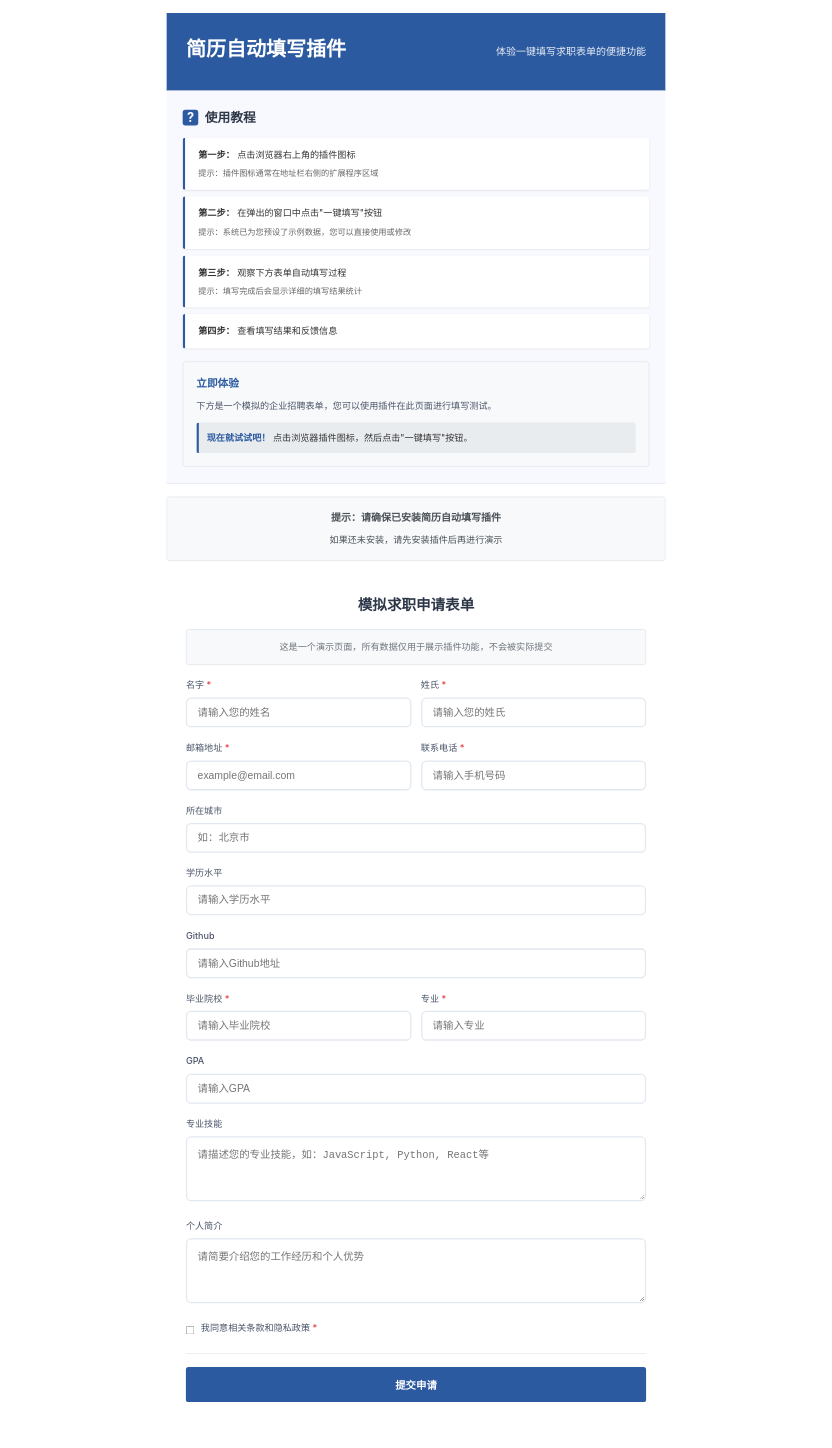
Repository: Zion74/jiancareer-chrome-main-zhn
Page: public/mock-form.html
These files come from the project's save history. The page is drawn as it stood at one moment and after the next save; the edit follows.
The browser window is 1280 px wide. The pictures show the whole page, at 65% of full size.

Above is the page before, as saved 2025-09-09 23:14:02.

### public/mock-form.html
<!DOCTYPE html>
<html lang="zh-CN">
<head>
    <meta charset="UTF-8">
    <meta name="viewport" content="width=device-width, initial-scale=1.0">
    <title>简历自动填写插件 - 教学演示页面</title>
    <link rel="stylesheet" href="styles.css">
    <style>
        body {
            font-family: -apple-system, BlinkMacSystemFont, 'Segoe UI', Roboto, sans-serif;
            line-height: 1.6;
            margin: 0;
            padding: 0;
            background: #ffffff;
            min-height: 100vh;
            display: flex;
            justify-content: center;
            align-items: flex-start;
        }

        .container {
            width: 60%;
            max-width: 1200px;
            margin: 20px auto;
            background: white;
            border-radius: 0;
            box-shadow: none;
            border: none;
            overflow: hidden;
        }

        .header {
            background: #2c5aa0;
            color: white;
            padding: 30px;
            text-align: center;
        }

        .header h1 {
            margin: 0 0 10px 0;
            font-size: 2.2em;
            font-weight: 600;
        }

        .header p {
            margin: 0;
            font-size: 1.1em;
            opacity: 0.9;
        }

        .tutorial-section {
            background: #f8f9ff;
            padding: 25px;
            border-bottom: 1px solid #e1e5e9;
        }

        .tutorial-title {
            color: #2d3748;
            font-size: 1.4em;
            font-weight: 600;
            margin-bottom: 15px;
            display: flex;
            align-items: center;
        }

        .tutorial-icon {
            width: 24px;
            height: 24px;
            margin-right: 10px;
            background: #2c5aa0;
            border-radius: 4px;
            display: flex;
            align-items: center;
            justify-content: center;
            color: white;
            font-weight: bold;
        }

        .tutorial-steps {
            list-style: none;
            padding: 0;
            margin: 0;
        }

        .tutorial-steps li {
            background: white;
            margin: 10px 0;
            padding: 15px 20px;
            border-radius: 4px;
            border-left: 4px solid #2c5aa0;
            box-shadow: 0 1px 3px rgba(0,0,0,0.1);
        }

        .form-section {
            padding: 30px;
        }

        .form-title {
            color: #2d3748;
            font-size: 1.6em;
            font-weight: 600;
            margin-bottom: 20px;
            text-align: center;
        }

        .form-group {
            margin-bottom: 20px;
        }

        .form-row {
            display: flex;
            gap: 15px;
            margin-bottom: 20px;
        }

        .form-row .form-group {
            flex: 1;
            margin-bottom: 0;
        }

        label {
            display: block;
            margin-bottom: 8px;
            font-weight: 500;
            color: #4a5568;
        }

        .required {
            color: #e53e3e;
        }

        input[type="text"],
        input[type="email"],
        input[type="tel"],
        select,
        textarea {
            width: 100%;
            padding: 12px 16px;
            border: 2px solid #e2e8f0;
            border-radius: 8px;
            font-size: 16px;
            transition: all 0.3s ease;
            box-sizing: border-box;
        }

        input:focus,
        select:focus,
        textarea:focus {
            outline: none;
            border-color: #2c5aa0;
            box-shadow: 0 0 0 2px rgba(44, 90, 160, 0.1);
        }

        select {
            cursor: pointer;
        }

        textarea {
            resize: vertical;
            min-height: 100px;
        }

        .checkbox-group {
            display: flex;
            align-items: center;
            margin: 20px 0;
        }

        .checkbox-group input[type="checkbox"] {
            width: auto;
            margin-right: 10px;
        }

        .submit-section {
            text-align: center;
            padding: 20px 0;
            border-top: 1px solid #e2e8f0;
        }

        .btn {
            background: #2c5aa0;
            color: white;
            border: none;
            padding: 15px 40px;
            border-radius: 4px;
            font-size: 16px;
            font-weight: 600;
            cursor: pointer;
            transition: all 0.3s ease;
        }

        .btn:hover {
            background: #1e3d6f;
        }

        .demo-notice {
            background: #f8f9fa;
            border: 1px solid #dee2e6;
            color: #6c757d;
            padding: 15px;
            border-radius: 4px;
            margin: 20px 0;
            text-align: center;
            font-weight: 500;
        }

        .extension-hint {
            background: #f8f9fa;
            border: 1px solid #dee2e6;
            color: #495057;
            padding: 20px;
            border-radius: 4px;
            margin: 20px 0;
            text-align: center;
        }

        .extension-hint strong {
            display: block;
            font-size: 1.1em;
            margin-bottom: 10px;
        }

        @media (max-width: 768px) {
            .form-row {
                flex-direction: column;
                gap: 0;
            }

            .container {
                margin: 0;
                border-radius: 0;
            }

            .header {
                padding: 20px;
            }

            .header h1 {
                font-size: 1.8em;
            }

            .form-section {
                padding: 20px;
            }

            .tutorial-section {
                padding: 20px;
            }
        }
    </style>
</head>
<body>
    <div class="container">
        <div class="header">
            <h1>简历自动填写插件</h1>
            <p>体验一键填写求职表单的便捷功能</p>
        </div>

        <div class="tutorial-section">
            <div class="tutorial-title">
                <div class="tutorial-icon">?</div>
                使用教程
            </div>
            <ol class="tutorial-steps">
                <li><strong>第一步：</strong> 点击浏览器右上角的插件图标
                    <div style="margin-top: 8px; color: #666; font-size: 0.9em;">提示：插件图标通常在地址栏右侧的扩展程序区域</div>
                </li>
                <li><strong>第二步：</strong> 在弹出的窗口中点击"一键填写"按钮
                    <div style="margin-top: 8px; color: #666; font-size: 0.9em;">提示：系统已为您预设了示例数据，您可以直接使用或修改</div>
                </li>
                <li><strong>第三步：</strong> 观察下方表单自动填写过程
                    <div style="margin-top: 8px; color: #666; font-size: 0.9em;">提示：填写完成后会显示详细的填写结果统计</div>
                </li>
                <li><strong>第四步：</strong> 查看填写结果和反馈信息</li>
            </ol>

            <div style="background: #f8f9fa; border: 1px solid #dee2e6; border-radius: 4px; padding: 20px; margin-top: 20px;">
                <h3 style="margin: 0 0 10px 0; color: #2c5aa0;">立即体验</h3>
                <p style="margin: 0 0 15px 0; color: #4a5568;">下方是一个模拟的企业招聘表单，您可以使用插件在此页面进行填写测试。</p>
                <div style="background: #e9ecef; padding: 12px; border-radius: 4px; border-left: 4px solid #2c5aa0;">
                    <strong style="color: #2c5aa0;">现在就试试吧！</strong> 点击浏览器插件图标，然后点击"一键填写"按钮。
                </div>
            </div>
        </div>

        <div class="extension-hint">
            <strong>提示：请确保已安装简历自动填写插件</strong>
            如果还未安装，请先安装插件后再进行演示
        </div>

        <div class="form-section">
            <h2 class="form-title">模拟求职申请表单</h2>

            <div class="demo-notice">
                这是一个演示页面，所有数据仅用于展示插件功能，不会被实际提交
            </div>

            <form id="demo-form" action="#" method="post">
                <div class="form-row">
                    <div class="form-group">
                        <label for="firstName">名字 <span class="required">*</span></label>
                        <input type="text" id="firstName" name="firstName" placeholder="请输入您的姓名" required>
                    </div>
                    <div class="form-group">
                        <label for="lastName">姓氏 <span class="required">*</span></label>
                        <input type="text" id="lastName" name="lastName" placeholder="请输入您的姓氏">
                    </div>
                </div>

                <div class="form-row">
                    <div class="form-group">
                        <label for="email">邮箱地址 <span class="required">*</span></label>
                        <input type="email" id="email" name="email" placeholder="example@email.com" required>
                    </div>
                    <div class="form-group">
                        <label for="phone">联系电话 <span class="required">*</span></label>
                        <input type="tel" id="phone" name="phone" placeholder="请输入手机号码">
                    </div>
                </div>

                <div class="form-row">
                    <div class="form-group">
                        <label for="location">所在城市</label>
                        <input type="text" id="location" name="location" placeholder="如：北京市">
                    </div>
                </div>

                <div class="form-row">
                    <div class="form-group">
                        <label for="education">学历水平</label>
                        <input type="text" id="education" name="education" placeholder="请输入学历水平" required>
                    </div>
                </div>

                <div class="form-row">
                    <div class="form-group">
                        <label for="github">Github</label>
                        <input type="text" id="github" name="github" placeholder="请输入Github地址" required>
                    </div>
                </div>

                <div class="form-row">
                    <div class="form-group">
                        <label for="university">毕业院校 <span class="required">*</span></label>
                        <input type="text" id="university" name="university" placeholder="请输入毕业院校" required>
                    </div>
                    <div class="form-group">
                        <label for="major">专业 <span class="required">*</span></label>
                        <input type="text" id="major" name="major" placeholder="请输入专业" required>
                    </div>
                </div>

                <div class="form-row">

                    <div class="form-group">
                        <label for="gpa">GPA</label>
                        <input type="text" id="gpa" name="gpa" placeholder="请输入GPA" required>
                    </div>
                </div>

                <div class="form-group">
                    <label for="skills">专业技能</label>
                    <textarea id="skills" name="skills" placeholder="请描述您的专业技能，如：JavaScript, Python, React等"></textarea>
                </div>

                <div class="form-group">
                    <label for="introduction">个人简介</label>
                    <textarea id="introduction" name="introduction" placeholder="请简要介绍您的工作经历和个人优势"></textarea>
                </div>

                <div class="checkbox-group">
                    <input type="checkbox" id="agree" name="agree" required>
                    <label for="agree">我同意相关条款和隐私政策 <span class="required">*</span></label>
                </div>

                <div class="submit-section">
                    <button type="submit" class="btn">提交申请</button>
                </div>
            </form>
        </div>
    </div>

    <script>
        // 监听来自插件的消息
        window.addEventListener('message', function(event) {
            if (event.data.type === 'SJ_DETECT_V1') {
                // 响应插件的检测消息
                event.source.postMessage({
                    type: 'SJ_ACK_V1',
                    success: true,
                    message: '页面已准备好进行自动填写演示'
                }, '*');
            }

            if (event.data.source === 'JIANCAREER_EXTENSION') {
                console.log('收到插件消息:', event.data);

                if (event.data.type === 'TUTORIAL_DEMO') {
                    // 处理教程演示消息
                    showTutorialMessage('插件正在演示自动填写功能...', 'info');
                } else if (event.data.type === 'AUTOFILL_COMPLETE') {
                    // 处理填写完成消息
                    const result = event.data.result;
                    let message = '';
                    let type = 'success';

                    if (result.success) {
                        message = `填写完成！成功填写 ${result.filled}/${result.total} 个字段`;
                        if (result.filled === result.total) {
                            message += ' 🎉';
                        }
                    } else {
                        message = `填写失败：${result.error || '未知错误'}`;
                        type = 'error';
                    }

                    showTutorialMessage(message, type);

                    // 如果填写成功，显示额外的成功提示
                    if (result.success && result.filled > 0) {
                        setTimeout(() => {
                            alert(`恭喜！插件已成功帮您填写了表单。\n\n填写详情：\n- 成功填写：${result.filled} 个字段\n- 总字段数：${result.total} 个\n\n您现在可以检查填写的内容，然后提交表单。`);
                        }, 1000);
                    }
                }
            }
        });

        function showTutorialMessage(message, type = 'info') {
            const colors = {
                info: '#2196F3',
                success: '#4CAF50',
                error: '#f44336',
                warning: '#ff9800'
            };

            const messageDiv = document.createElement('div');
            messageDiv.style.cssText = `
                position: fixed;
                top: 20px;
                right: 20px;
                background: ${colors[type] || colors.info};
                color: white;
                padding: 15px 20px;
                border-radius: 8px;
                box-shadow: 0 4px 12px rgba(0,0,0,0.15);
                z-index: 10000;
                font-family: -apple-system, BlinkMacSystemFont, 'Segoe UI', Roboto, sans-serif;
                font-size: 14px;
                max-width: 300px;
                word-wrap: break-word;
                animation: slideIn 0.3s ease-out;
            `;

            // 添加动画样式
            if (!document.getElementById('message-animation-style')) {
                const style = document.createElement('style');
                style.id = 'message-animation-style';
                style.textContent = `
                    @keyframes slideIn {
                        from {
                            transform: translateX(100%);
                            opacity: 0;
                        }
                        to {
                            transform: translateX(0);
                            opacity: 1;
                        }
                    }
                `;
                document.head.appendChild(style);
            }

            messageDiv.textContent = message;
            document.body.appendChild(messageDiv);

            setTimeout(() => {
                if (document.body.contains(messageDiv)) {
                    messageDiv.style.animation = 'slideIn 0.3s ease-out reverse';
                    setTimeout(() => {
                        if (document.body.contains(messageDiv)) {
                            document.body.removeChild(messageDiv);
                        }
                    }, 300);
                }
            }, type === 'error' ? 5000 : 3000);
        }

        // 表单提交处理
        document.getElementById('demo-form').addEventListener('submit', function(e) {
            e.preventDefault();
            alert('🎉 演示完成！\n\n这是一个演示页面，表单数据不会被实际提交。\n\n感谢您体验简历自动填写插件！');
        });

        // 页面加载完成后发送准备就绪消息
        window.addEventListener('load', function() {
            console.log('[Mock Form] 教学演示页面已加载完成');

            // 向插件发送页面准备就绪的消息
            if (window.chrome && window.chrome.runtime) {
                try {
                    window.chrome.runtime.sendMessage({
                        type: 'PAGE_READY',
                        url: window.location.href,
                        title: document.title
                    });
                } catch (error) {
                    console.log('[Mock Form] 插件通信失败，这是正常现象（在非插件环境中）');
                }
            }
        });

        // 添加表单字段变化监听，用于演示
        const formInputs = document.querySelectorAll('input, select, textarea');
        formInputs.forEach(input => {
            input.addEventListener('input', function() {
                // 添加填写动画效果
                this.style.backgroundColor = '#e8f5e8';
                setTimeout(() => {
                    this.style.backgroundColor = '';
                }, 1000);
            });
        });
    </script>
</body>
</html>

Loaded but not shown: public/styles.css (1105 lines, source omitted)

After the next save:
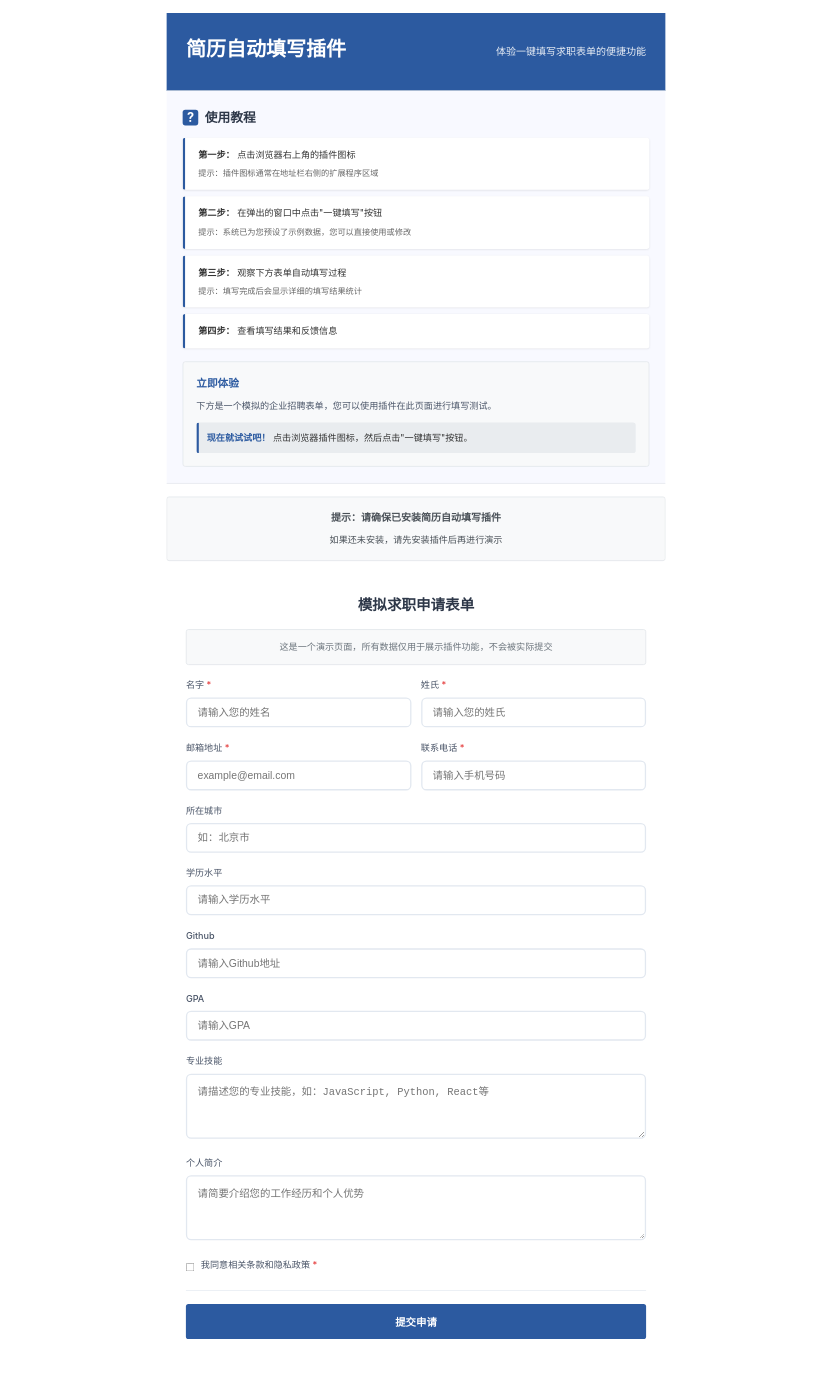
Saved 30 s later.
--- a/public/mock-form.html
+++ b/public/mock-form.html
@@ -339,16 +339,7 @@
                     </div>
                 </div>
 
-                <div class="form-row">
-                    <div class="form-group">
-                        <label for="university">毕业院校 <span class="required">*</span></label>
-                        <input type="text" id="university" name="university" placeholder="请输入毕业院校" required>
-                    </div>
-                    <div class="form-group">
-                        <label for="major">专业 <span class="required">*</span></label>
-                        <input type="text" id="major" name="major" placeholder="请输入专业" required>
-                    </div>
-                </div>
+
 
                 <div class="form-row">
 
